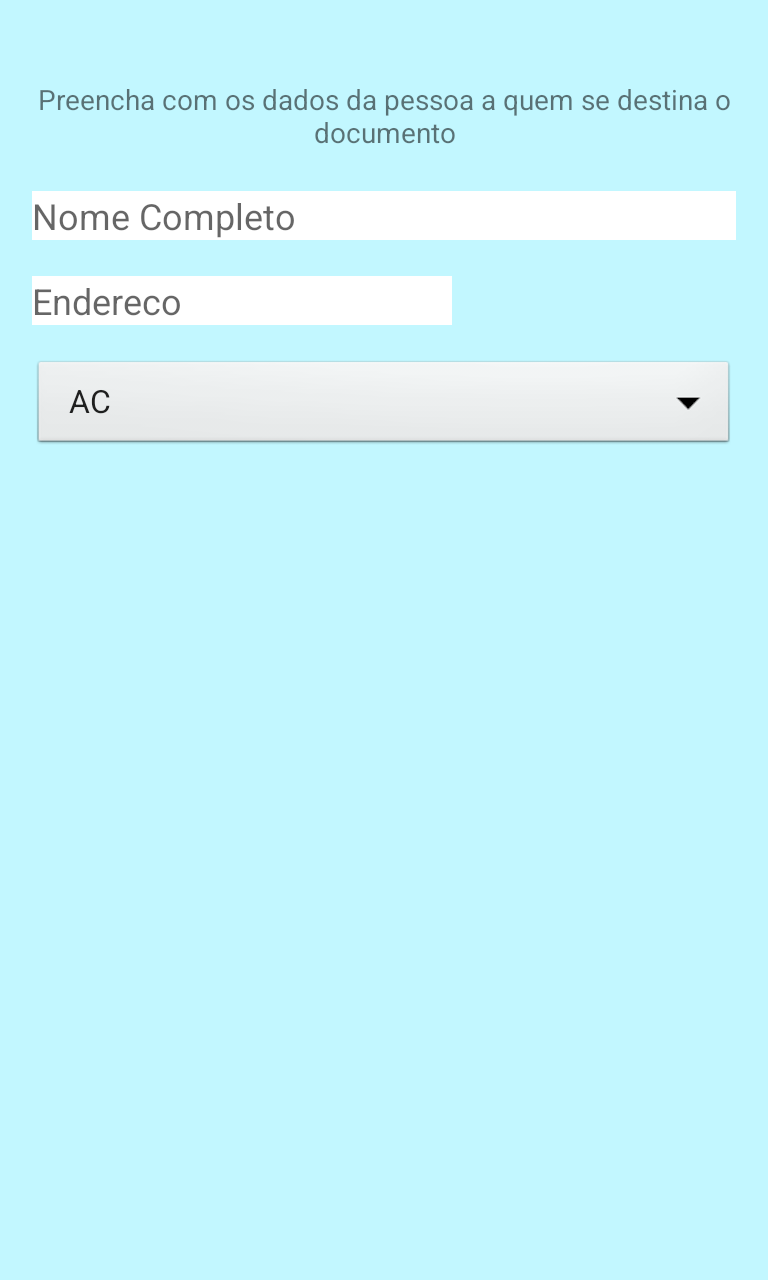
Repository: pdelfino/Projeto-livre
Layout: Protesto Livre/ProtestoLivre/res/layout/fragment_tela05.xml
An editor plug-in stored every save of this project. The layout is shown before and after the next save, followed by the edit.
It is drawn on a 768 x 1280 px phone screen (xhdpi) without system bars, with theme AppTheme; the app's code is not run.

Above is the layout before, as saved 2014-05-29 00:34:31.

After the next save:
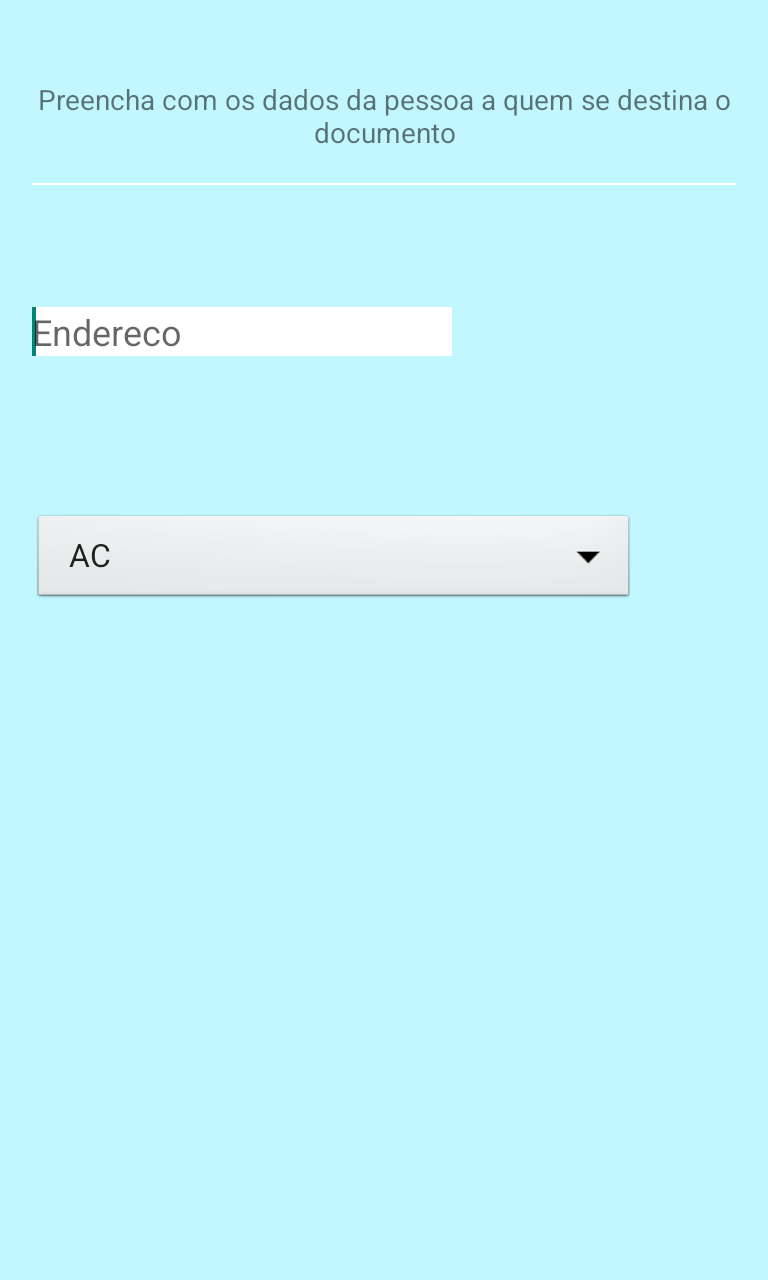
Saved 4 min 52 s later.
--- a/Protesto Livre/ProtestoLivre/res/layout/fragment_tela05.xml
+++ b/Protesto Livre/ProtestoLivre/res/layout/fragment_tela05.xml
@@ -19,39 +19,43 @@
         android:gravity="center"
         android:text="Preencha com os dados da pessoa a quem se destina o documento" />
 
+    <Spinner
+        android:id="@+id/spinner1"
+        android:layout_width="match_parent"
+        android:layout_height="wrap_content"
+        android:layout_alignRight="@+id/Nome"
+        android:layout_alignTop="@+id/Endereco"
+        android:layout_marginRight="50dp"
+        android:layout_marginTop="102dp"
+        android:background="@android:drawable/btn_dropdown"
+        android:entries="@array/estados"
+        android:spinnerMode="dropdown" />
+
+    <EditText
+        android:id="@+id/Endereco"
+        android:layout_width="wrap_content"
+        android:layout_height="wrap_content"
+        android:layout_alignLeft="@+id/spinner1"
+        android:layout_below="@+id/Nome"
+        android:layout_marginTop="61dp"
+        android:background="#ffffff"
+        android:ems="10"
+        android:hint="Endereco" >
+
+        <requestFocus />
+    </EditText>
+
     <EditText
         android:id="@+id/Nome"
         android:layout_width="wrap_content"
-        android:layout_height="wrap_content"
+        android:layout_height="1"
         android:layout_alignLeft="@+id/textView1"
         android:layout_alignRight="@+id/textView1"
         android:layout_below="@+id/textView1"
-        android:layout_marginTop="20dp"
+        android:layout_marginTop="16dp"
         android:background="#ffffff"
         android:ems="10"
         android:hint="Nome Completo"
         android:inputType="textPersonName" />
 
-    <EditText
-        android:id="@+id/Endereco"
-        android:layout_width="wrap_content"
-        android:layout_height="wrap_content"
-        android:layout_alignLeft="@+id/Nome"
-        android:layout_below="@+id/Nome"
-        android:layout_marginTop="18dp"
-        android:background="#ffffff"
-        android:ems="10"
-        android:hint="Endereco" />
-
-    <Spinner
-        android:id="@+id/spinner1"
-        android:layout_width="match_parent"
-        android:layout_height="wrap_content"
-        android:layout_alignLeft="@+id/Endereco"
-        android:layout_below="@+id/Endereco"
-        android:layout_marginTop="16dp"
-        android:background="@android:drawable/btn_dropdown"
-        android:entries="@array/estados"
-        android:spinnerMode="dropdown" />
-
 </RelativeLayout>
